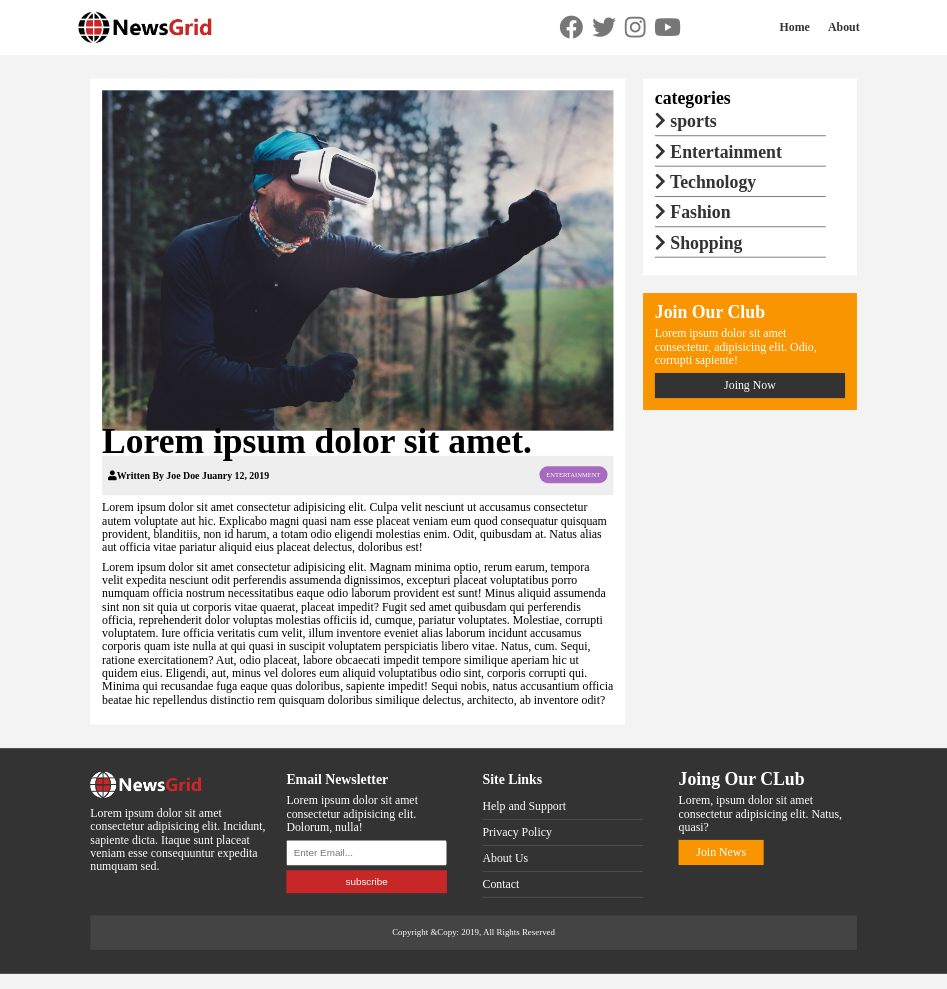
Repository: EswinGiova/NewsGrid
Page: article.html
These files come from the project's save history. The page is drawn as it stood at one moment and after the next save; the edit follows.
The browser window is 1280 px wide. The pictures show the whole page, at 74% of full size.
Some web libraries are served in a nearby version.

Above is the page before, as saved 2020-09-21 17:48:07.

After the next save:
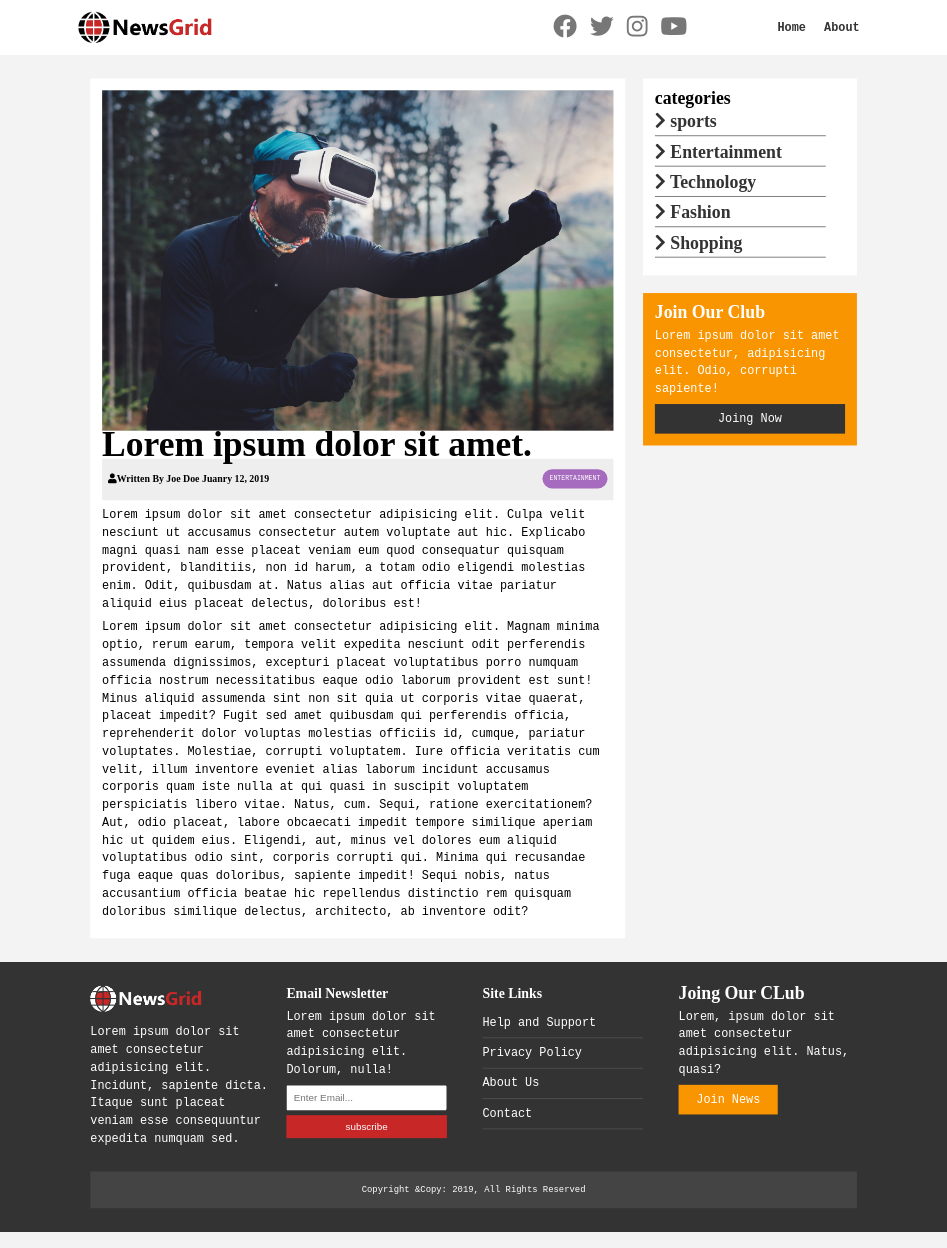
Saved 5 s later.
--- a/css/style.css
+++ b/css/style.css
@@ -17,7 +17,7 @@
   box-sizing: border-box;
 }
 body {
-  font-family: 'Courier New', Courier, monospace
+  font-family: 'Courier New', Courier, monospace;
   line-height: 1.5;
   background: var(--light-color);
 }
